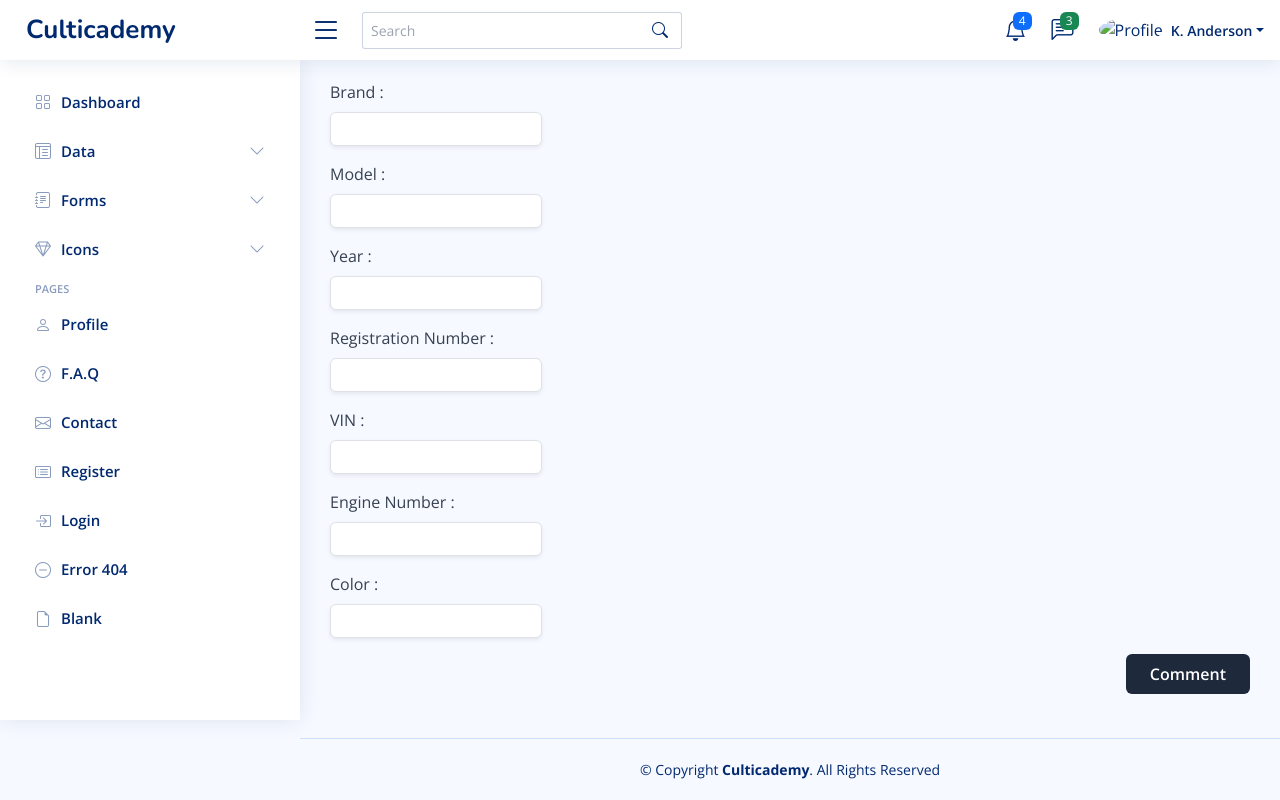
Repository: Jistoper/car_rental
Page: http://localhost/create
These files come from the project's save history. The page is drawn as it stood at one moment and after the next save; the edit follows.
The browser window is 1280 px wide. The pictures show the whole page.
The page is served by the project's Laravel application, run on PHP 8.4 with Laravel 9. Style sheets and scripts are compiled from the project's sources, by tool versions that may differ from the author's.

Above is the page before, as saved 2023-06-22 14:09:44.

After the next save:
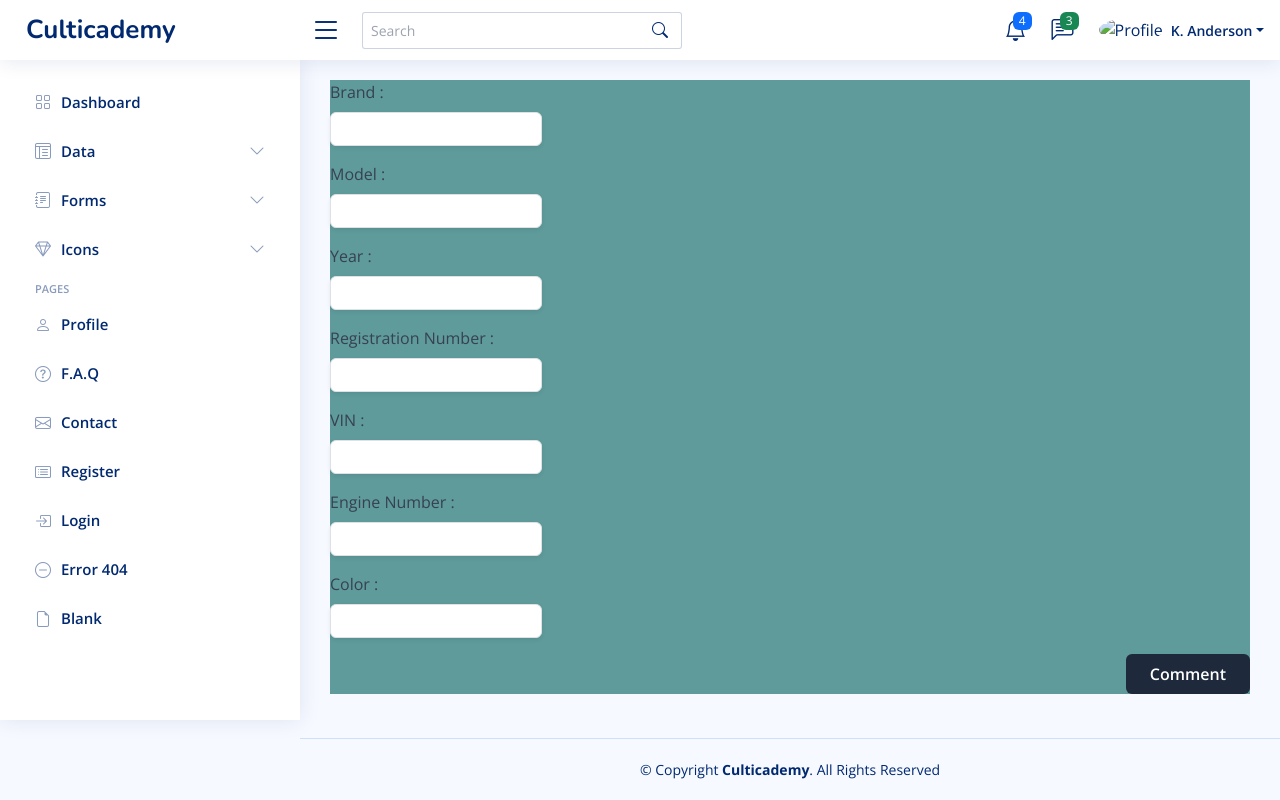
Saved 67 s later.
--- a/resources/views/backsite/content/car/createcar.blade.php
+++ b/resources/views/backsite/content/car/createcar.blade.php
@@ -3,9 +3,9 @@
 @section('content')
 
 <div>
-    <form action="{{ route('car.store') }}" method="POST" class="mb-4">
+    <form action="{{ route('car.store') }}" method="POST" class="mb-4 bg-culti-green-5">
         @csrf
-        <div class="mb-3 flex-none">
+        <div class="mb-3">
             <label class="block text-gray-700 mb-2" for="message">
                 Brand :
             </label>

After the save that followed:
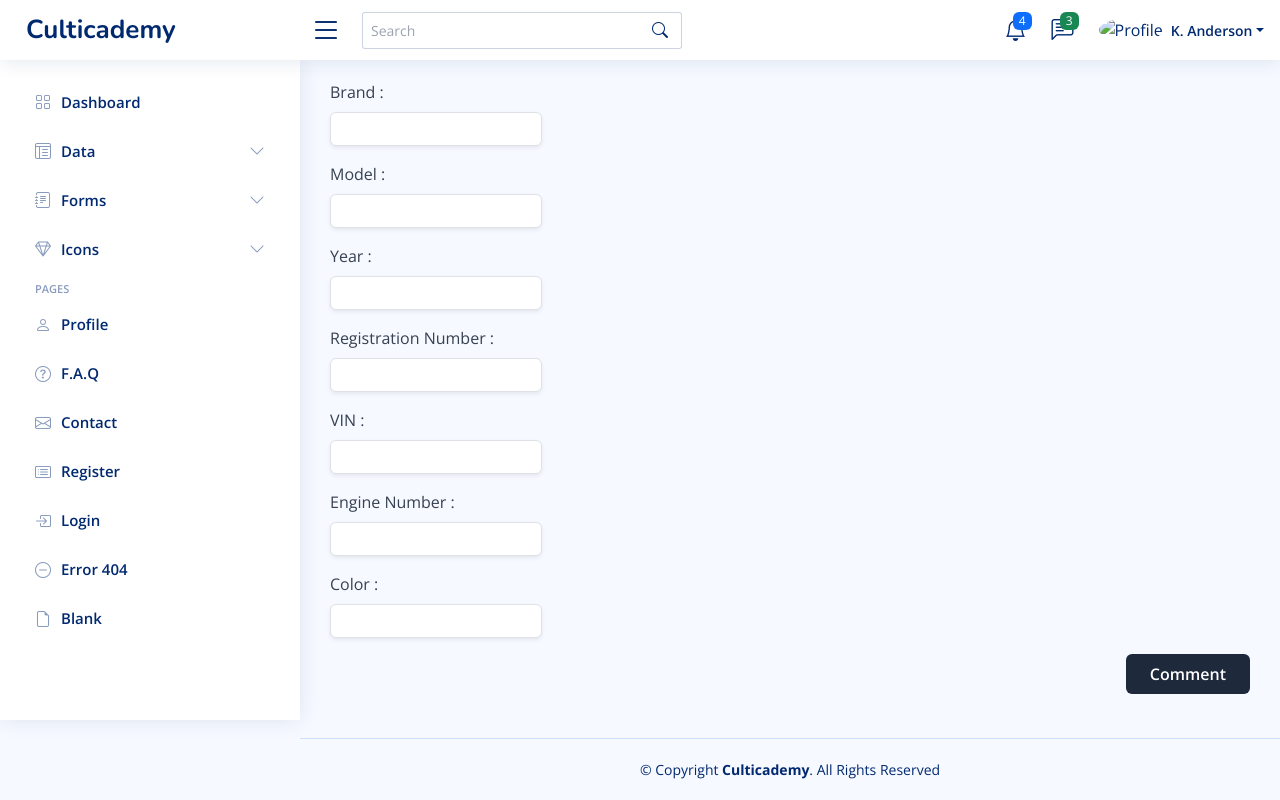
Saved 14 s later.
--- a/resources/views/backsite/content/car/createcar.blade.php
+++ b/resources/views/backsite/content/car/createcar.blade.php
@@ -3,7 +3,7 @@
 @section('content')
 
 <div>
-    <form action="{{ route('car.store') }}" method="POST" class="mb-4 bg-culti-green-5">
+    <form action="{{ route('car.store') }}" method="POST" class="mb-4">
         @csrf
         <div class="mb-3">
             <label class="block text-gray-700 mb-2" for="message">
